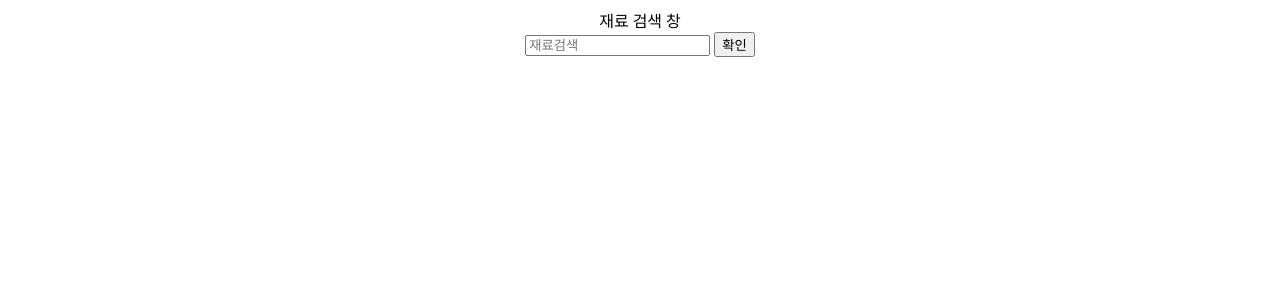
Repository: ahg2656/third_project
Page: http://localhost/third_pro/main.jsp
An editor plug-in stored every save of this project. The page is shown before and after the next save, followed by the edit.
The browser window is 1280 px wide. The pictures show the whole page.
The page is served by Tomcat 9. Other server files are loaded and not shown.

Above is the page before, as saved 2018-11-05 08:07:07.

### third_project/third_pro/src/main/webapp/main.jsp
<%@ page language="java" contentType="text/html; charset=EUC-KR"
    pageEncoding="EUC-KR"%>
<!DOCTYPE html PUBLIC "-//W3C//DTD HTML 4.01 Transitional//EN" "http://www.w3.org/TR/html4/loose.dtd">
<html>
<head>
<meta http-equiv="Content-Type" content="text/html; charset=EUC-KR">
<title>Insert title here</title>
</head>
<body>
<div class="serch_1">
<div class="serch_2" align="center">재료 검색 창</div>
<div class="serch_3" align="center">
<form action="#" name="frm">
<input type="text" name="serch" placeholder="재료검색">
<input type="button" value="확인" id="btn_serch">
</form>
</div>

</div>
</body>
</html>

After the next save:
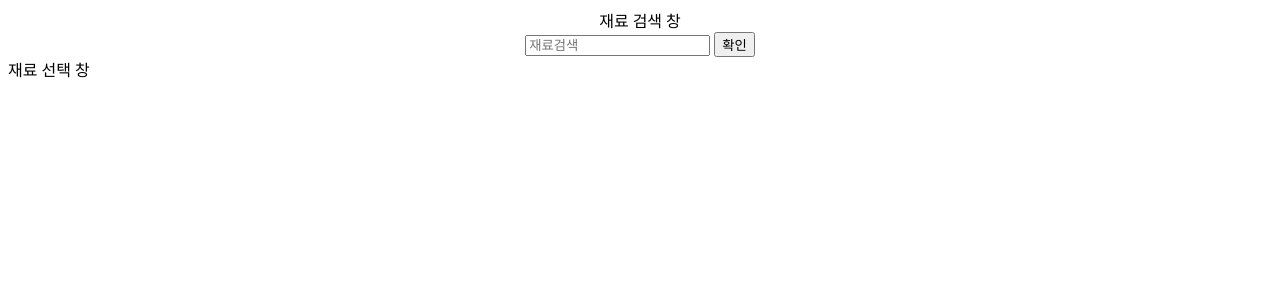
Saved 78 s later.
--- a/third_project/third_pro/src/main/webapp/main.jsp
+++ b/third_project/third_pro/src/main/webapp/main.jsp
@@ -15,7 +15,9 @@
 <input type="button" value="확인" id="btn_serch">
 </form>
 </div>
-
+<div class="serch_4">
+재료 선택 창
+</div>
 </div>
 </body>
 </html>
